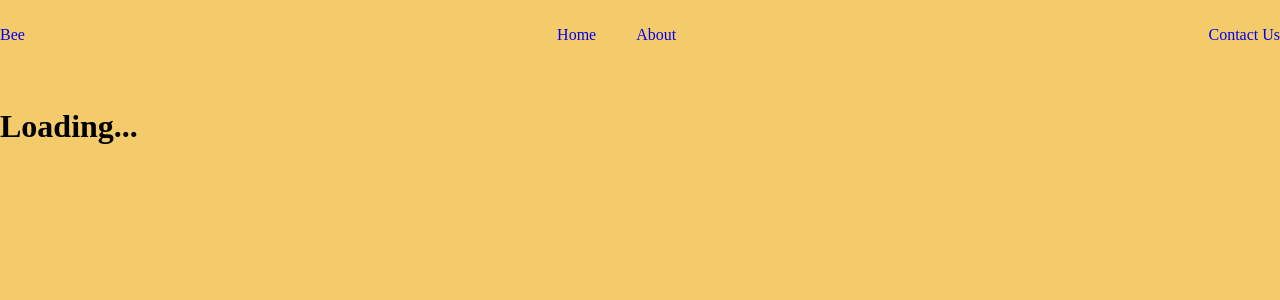
Repository: ble-syn/Random-user-generator-app
Page: /
The author's editor kept a copy of each file at every save. The page is drawn from the files as they stood at one save, then again after the next save.
The browser window is 1280 px wide. The pictures show the whole page.
The page's requests for data from a server got no answer. The project was rebuilt for these pictures with package versions that can differ from the ones it lists, and the page was loaded fresh each time. No one was signed in, and anything a server would have sent is missing. Also part of the build but not shown: src/components/pagination.jsx, src/components/ErrorBoundaries.jsx, src/components/User.jsx, src/pages/About.jsx, src/pages/Policy.jsx, src/pages/Terms.jsx, src/pages/Contact.jsx, src/pages/NotFound.jsx.

Above is the page before, as saved 2022-10-28 13:43:30.

After the next save:
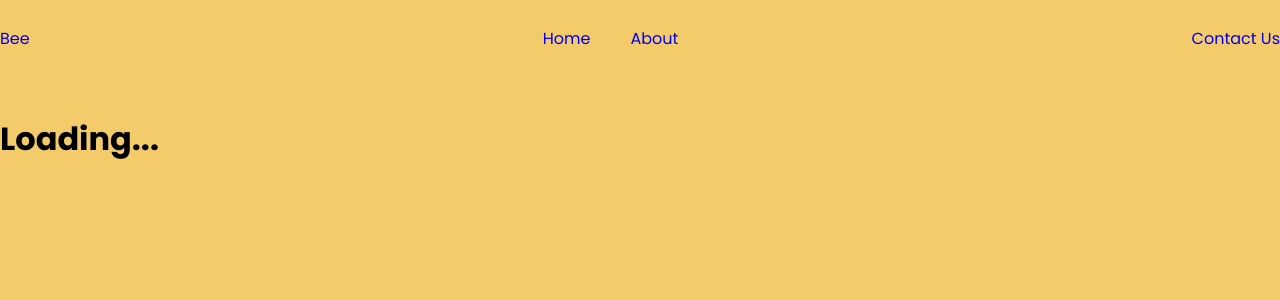
Saved 2 min 8 s later.
--- a/src/index.css
+++ b/src/index.css
@@ -1,3 +1,4 @@
+@import url("https://fonts.googleapis.com/css2?family=Poppins:ital,wght@0,200;0,300;0,400;0,500;0,600;0,700;1,400&display=swap");
 *{
   margin: 0;
   padding: 0;
@@ -9,6 +10,7 @@ a {
 
 body {
   background-color: #F4CB6B;
+  font-family: "Poppins", sans-serif;
 }
 .container {
   width: 100%;
